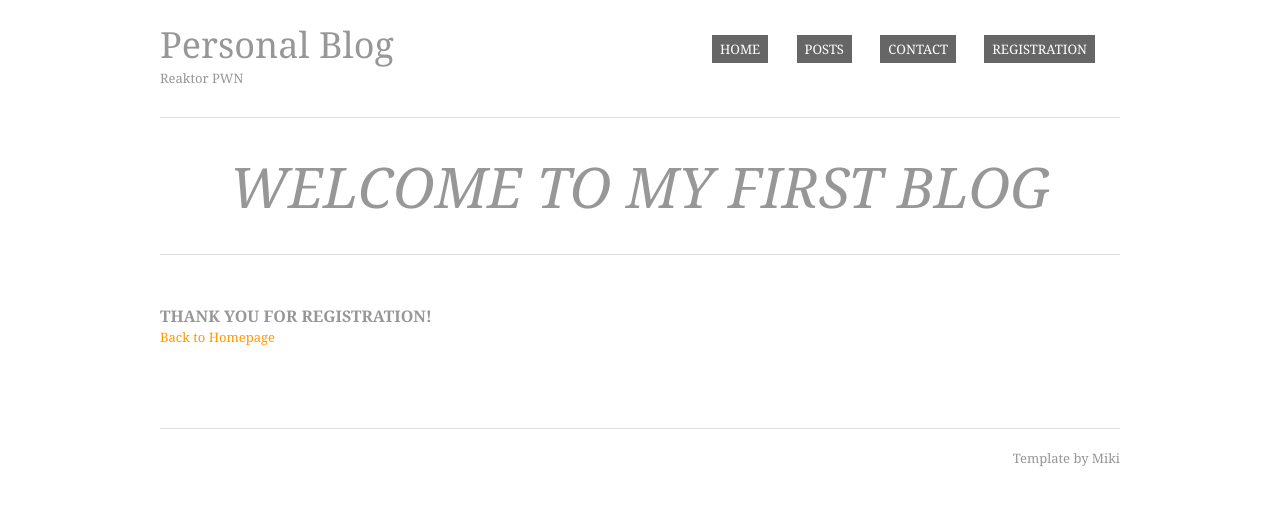
Repository: cooover/spring-zajecia
Page: http://localhost/saveRegister
The author's editor kept a copy of each file at every save. The page is drawn from the files as they stood at one save, then again after the next save.
The browser window is 1280 px wide. The pictures show the whole page.
The page is this project's Thymeleaf template; nobody is signed in. The template is opened directly, without the code that normally fills it, so the values that code supplies are empty.

Above is the page before, as saved 2017-08-30 10:08:18.

After the next save:
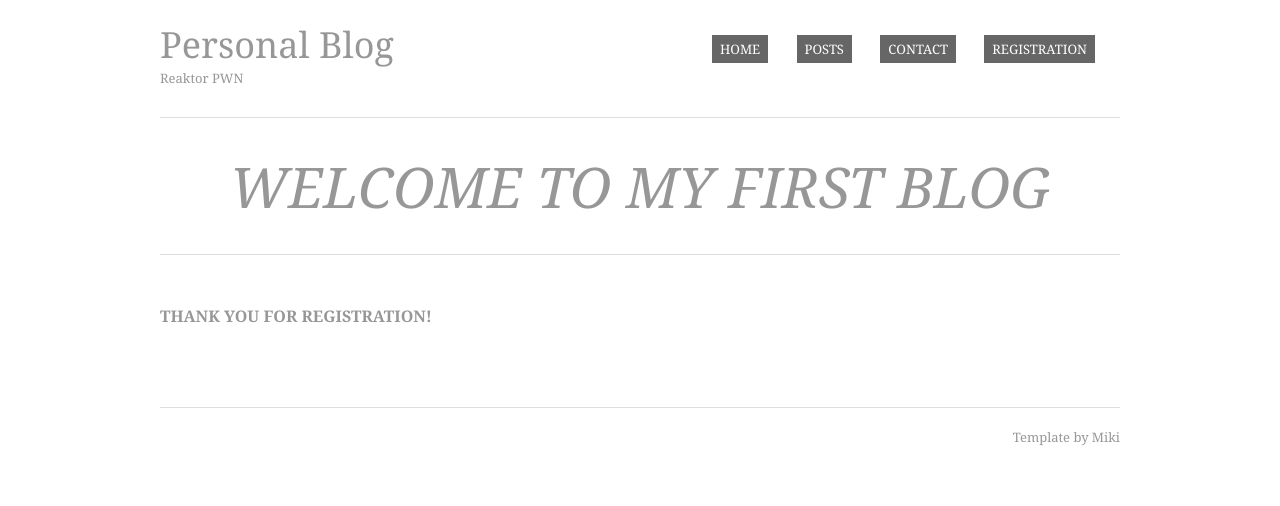
Saved 89 s later.
--- a/D-MVC2-JAR/src/main/resources/templates/saveRegister.html
+++ b/D-MVC2-JAR/src/main/resources/templates/saveRegister.html
@@ -34,7 +34,6 @@
       <!-- article 1 -->
       <article>
       	<h3> Thank you for registration!</h3>
-      	<a href="/">Back to Homepage</a>
       </article>
     </section>
     <!-- / content body -->
